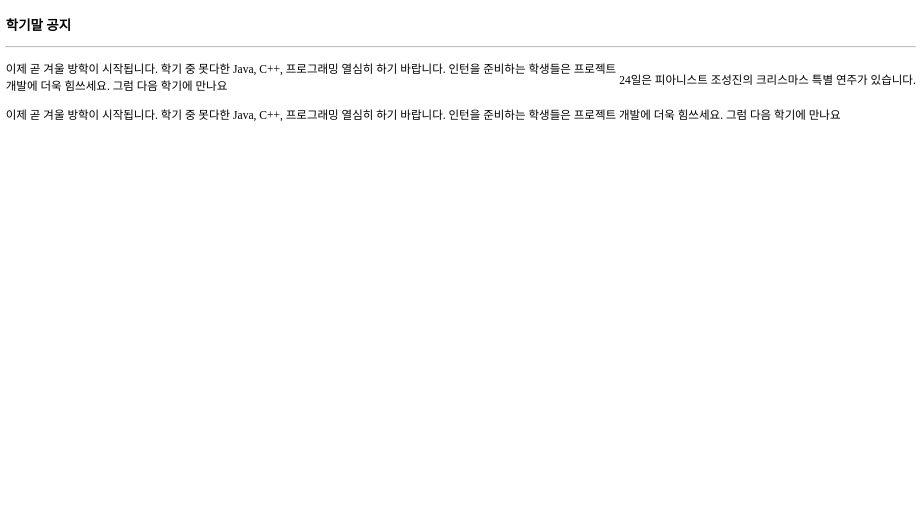
Repository: codelily98/Web
Page: CSS3/src/main/webapp/05_cssPositioning/exam03.html
An editor plug-in stored every save of this project. The page is shown before and after the next save, followed by the edit.
The browser window is 1280 px wide. The pictures show the whole page, at 72% of full size.

Above is the page before, as saved 2024-08-12 06:18:09.

### CSS3/src/main/webapp/05_cssPositioning/exam03.html
<!DOCTYPE html>
<html>
<head>
<meta charset="UTF-8">
<title>Insert title here</title>
<style type="text/css">
#float {
	float: right;
}
#text1 {

}
#text2 {

}
</style>
</head>
<body>
	<h3>학기말 공지</h3>
	<hr>
	<div>
		<p id="float">
			24일은 피아니스트 조성진의 크리스마스 특별 연주가 있습니다.
		</p>
		<p id="text1">
			이제 곧 겨울 방학이 시작됩니다. 학기 중 못다한 Java, C++, 프로그래밍 열심히 하기 바랍니다.
			인턴을 준비하는 학생들은 프로젝트 개발에 더욱 힘쓰세요. 그럼 다음 학기에 만나요
		</p>
		<p id="text2">
			이제 곧 겨울 방학이 시작됩니다. 학기 중 못다한 Java, C++, 프로그래밍 열심히 하기 바랍니다.
			인턴을 준비하는 학생들은 프로젝트 개발에 더욱 힘쓰세요. 그럼 다음 학기에 만나요
		</p>
	</div>
</body>
</html>
<!--
float 속성
1) left, right
float를 지정하면 다음에 오는 컨텐츠가 float를 지정한 블록 주위를 감싸게 된다.
html 요소 중에서 인라인 요소나 블록 요소는 그 결과가 무척 다르다.
그러나, float를 지정하면 두 요소는 같은 결과를 보여준다.
인라인 요소가 블록 요소처럼 크기를 지정할 수 있게 된다.

2) clear 속성
float를 해지한다.
clear: left;        /* float: left; 해지 /
clear: right;        /
float: right; 해지 /
clear: both;        /
float: left;, float: right; 둘 다 해지 */
-->

After the next save:
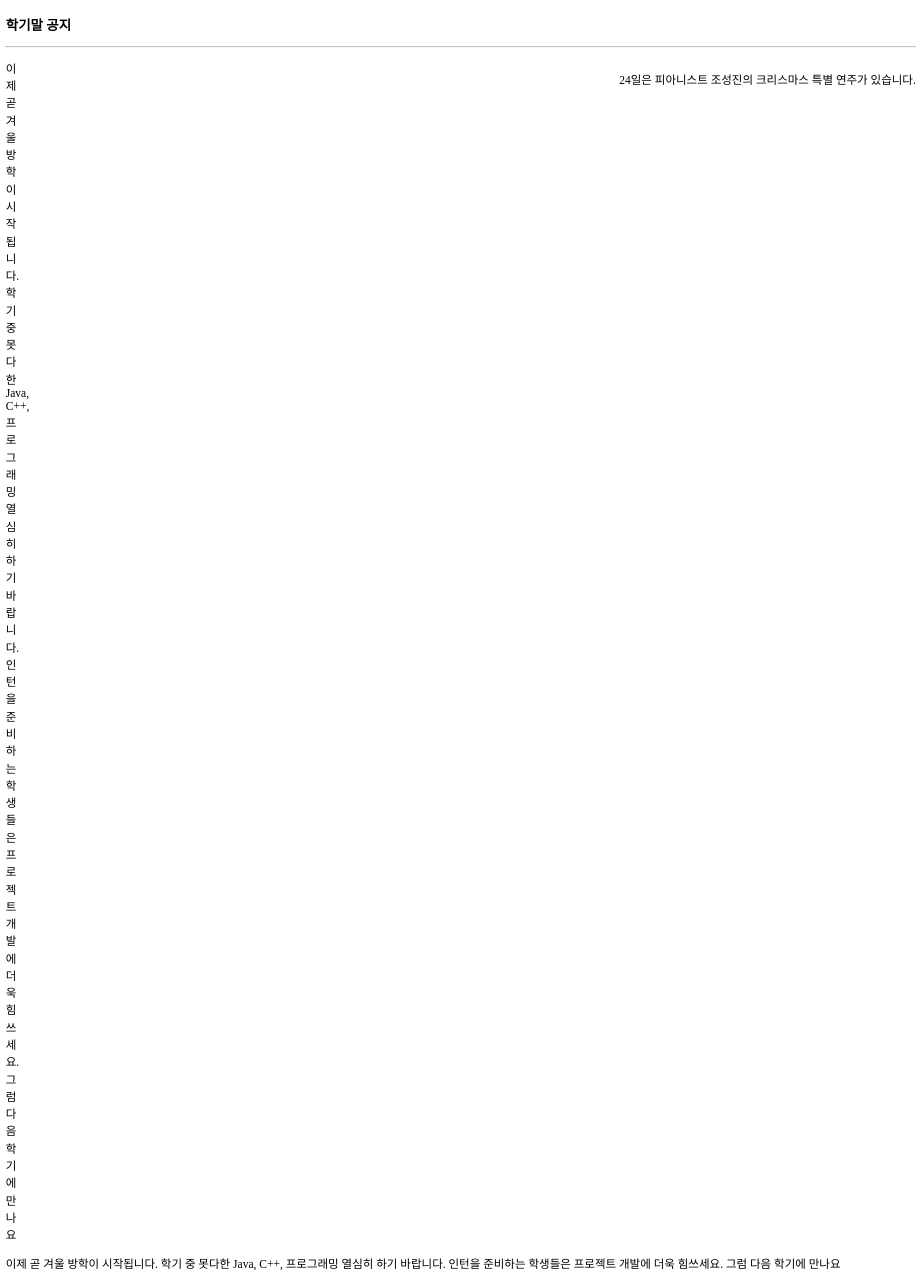
Saved 77 s later.
--- a/CSS3/src/main/webapp/05_cssPositioning/exam03.html
+++ b/CSS3/src/main/webapp/05_cssPositioning/exam03.html
@@ -8,7 +8,7 @@
 	float: right;
 }
 #text1 {
-
+	margin-right: 100em;
 }
 #text2 {
 

After the save that followed:
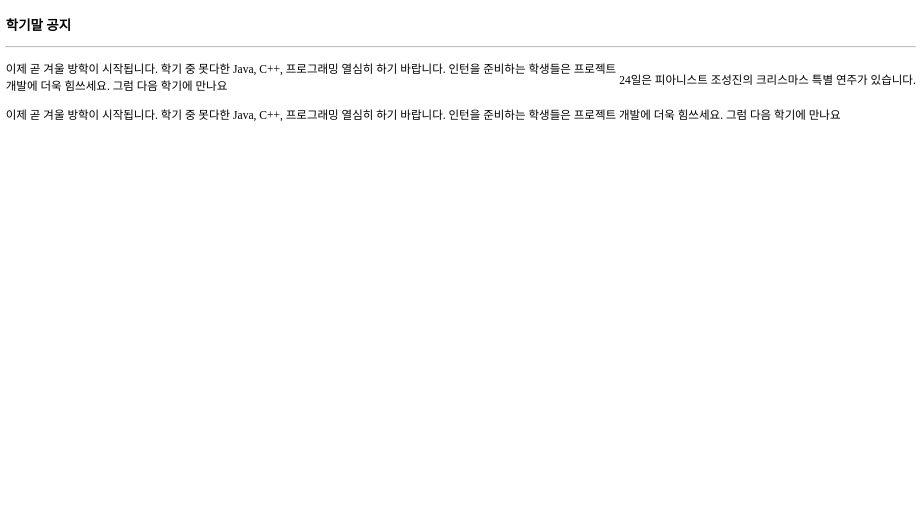
Saved 5 s later.
--- a/CSS3/src/main/webapp/05_cssPositioning/exam03.html
+++ b/CSS3/src/main/webapp/05_cssPositioning/exam03.html
@@ -8,7 +8,7 @@
 	float: right;
 }
 #text1 {
-	margin-right: 100em;
+	margin-right: 10em;
 }
 #text2 {
 
